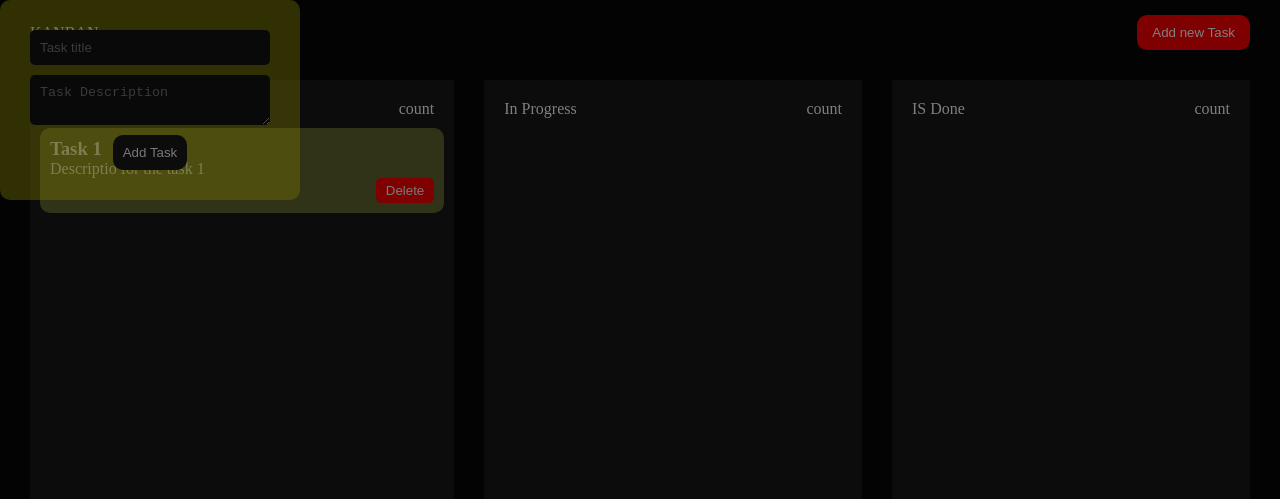
Repository: Sandeepji-5/Kanban-board
Page: index.html
An editor plug-in stored every save of this project. The page is shown before and after the next save, followed by the edit.
The browser window is 1280 px wide. The pictures show the whole page.

Above is the page before, as saved 2025-12-09 16:34:41.

After the next save:
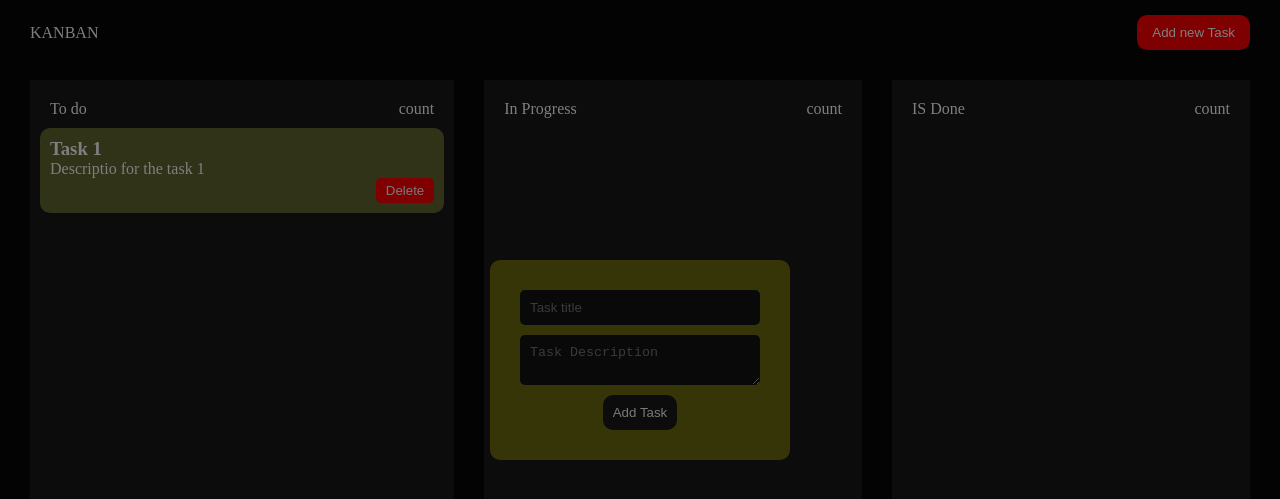
Saved 11 s later.
--- a/style.css
+++ b/style.css
@@ -140,7 +140,7 @@ section .task-column .task button{
     left: 0;
     height: 100vh;
     width: 100vw;
-    /* display: none; */
+    display: flex;
     align-items: center;
     justify-content: center;
 
